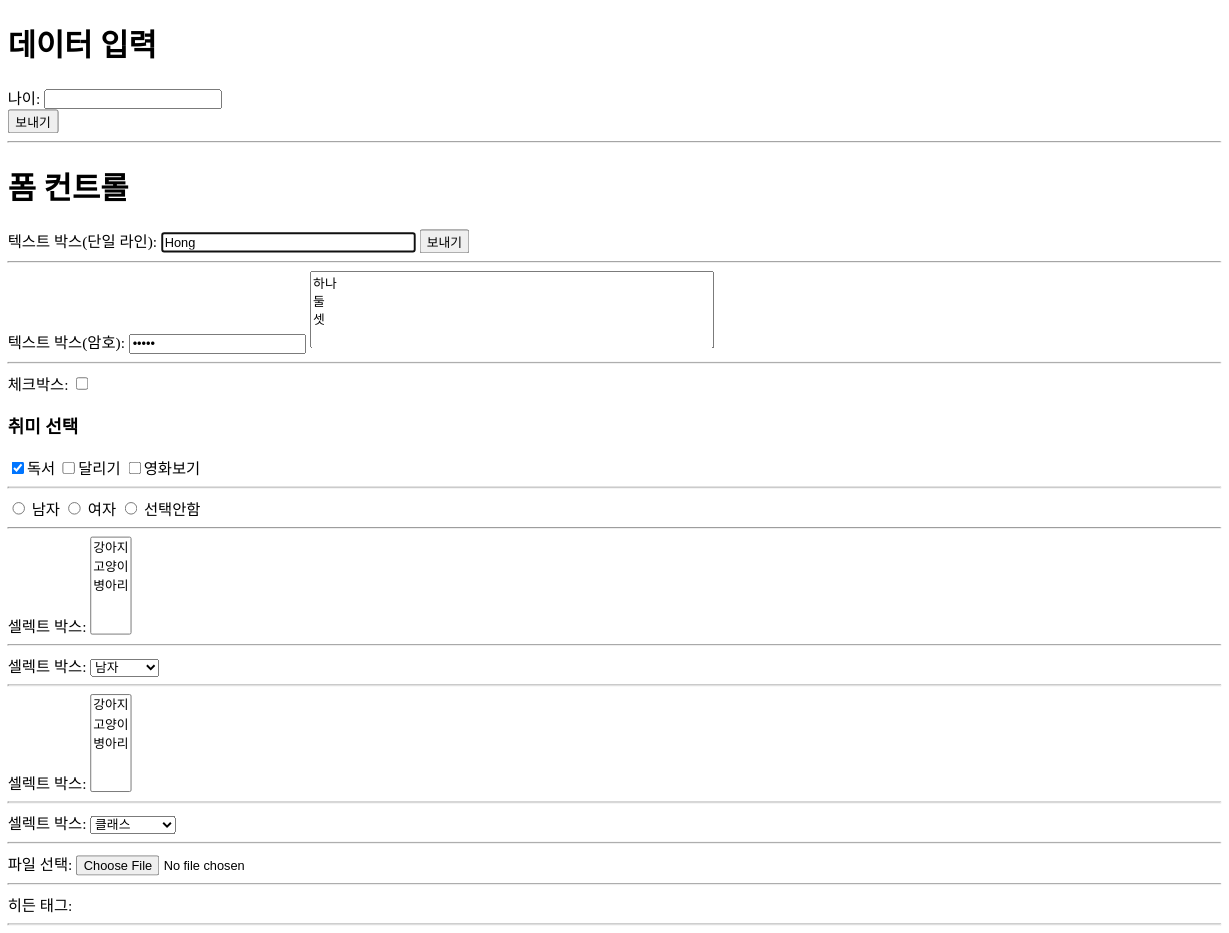
Repository: sinsujung/client
Page: ClientTest/src/main/webapp/html/ex18_form.html
These files come from the project's save history. The page is drawn as it stood at one moment and after the next save; the edit follows.
The browser window is 1280 px wide. The pictures show the whole page, at 96% of full size.

Above is the page before, as saved 2023-09-21 07:27:00.

After the next save:
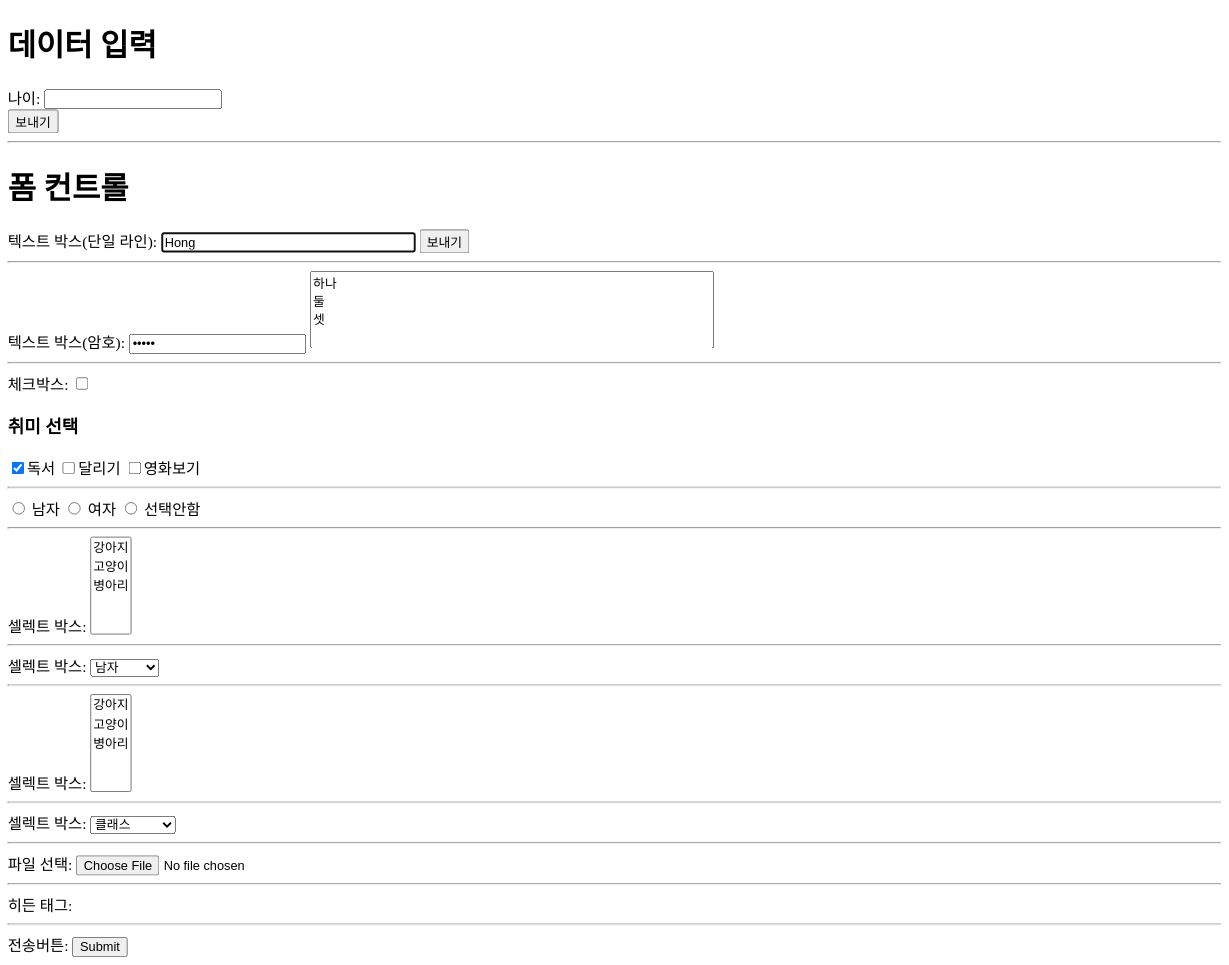
Saved 77 s later.
--- a/ClientTest/src/main/webapp/html/ex18_form.html
+++ b/ClientTest/src/main/webapp/html/ex18_form.html
@@ -217,6 +217,12 @@
 			 <input type="hidden" name="txtName" value="홍길동">
 			 <hr>
 
+			<!--
+				버튼들
+			 -->
+			 전송버튼: <input type="submit">
+
+
 	</form>
 
 
